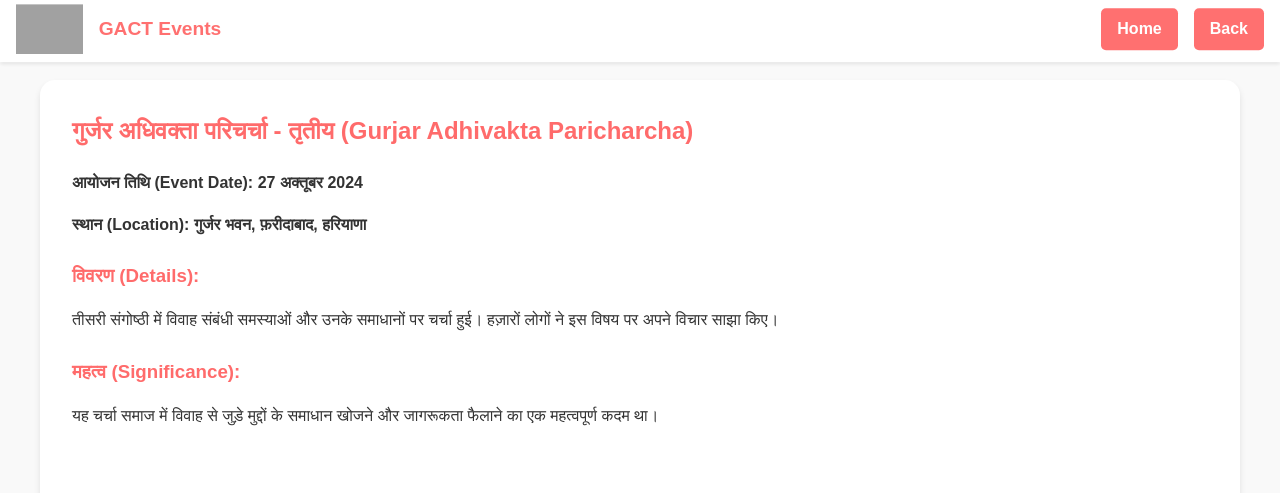
Repository: thegurjararyan/website-master
Page: eventspage/AP3.html
An editor plug-in stored every save of this project. The page is shown before and after the next save, followed by the edit.
The browser window is 1280 px wide. The pictures show the part of the page from y = 0 to 493 px (the page is 914 px tall).
Pictures or frames that could not be fetched are drawn as grey boxes.

Above is the page before, as saved 2024-11-08 19:13:15.

After the next save:
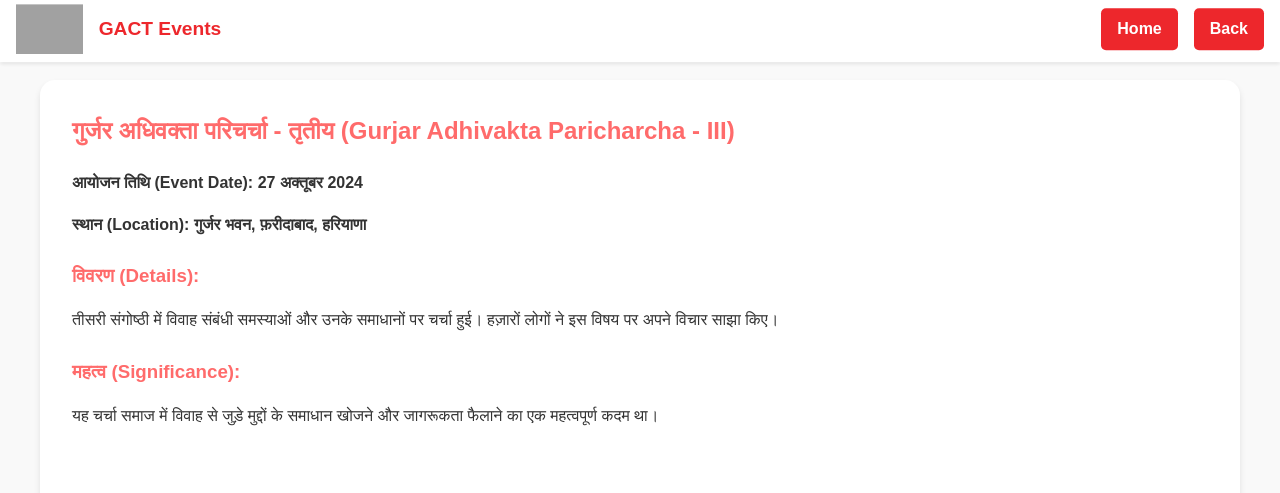
Saved 103 s later.
--- a/eventspage/AP3.html
+++ b/eventspage/AP3.html
@@ -45,11 +45,11 @@
         .title {
             font-size: 1.2rem;
             font-weight: bold;
-            color: var(--primary-color);
+            color: #ed1f24;
         }
         .nav-buttons { display: flex; gap: 1rem; }
         .btn {
-            background-color: var(--primary-color);
+            background-color: #ed1f24;
             color: #ffffff;
             padding: 0.5rem 1rem;
             text-decoration: none;
@@ -160,7 +160,7 @@
             cursor: pointer;
         }
         footer {
-            background-color: var(--primary-color);
+            background-color: #000000;
             color: #ffffff;
             text-align: center;
             padding: 1rem;
@@ -218,7 +218,7 @@
         <!-- Event 3 -->
         <div class="event">
             <div class="event-info">
-                <h2>गुर्जर अधिवक्ता परिचर्चा - तृतीय (Gurjar Adhivakta Paricharcha) </h2>
+                <h2>गुर्जर अधिवक्ता परिचर्चा - तृतीय (Gurjar Adhivakta Paricharcha - III)</h2>
                 <p class="event-date"><strong>आयोजन तिथि (Event Date):</strong> 27 अक्तूबर 2024</p>
                 <p class="event-location"><strong>स्थान (Location):</strong> गुर्जर भवन, फ़रीदाबाद, हरियाणा</p>
                 <div class="event-details">
